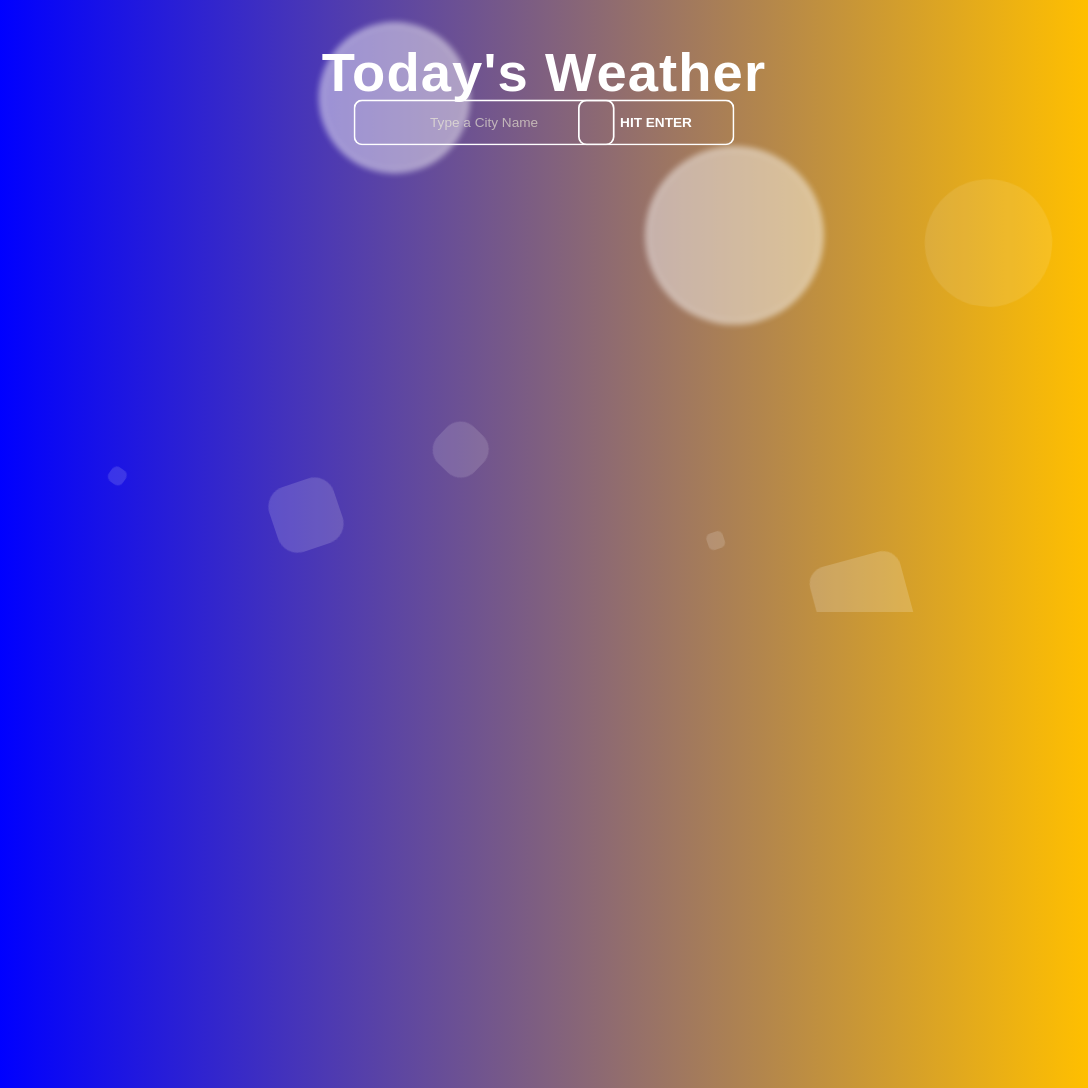
Repository: KayceeNguyen/bubleweather-app
Page: /
These files come from the project's save history. The page is drawn as it stood at one moment and after the next save; the edit follows.
The browser window is 1280 px wide. The pictures show the whole page, at 85% of full size.
The project was rebuilt for these pictures with package versions that can differ from the ones it lists, and the page was loaded fresh each time. The framework's server and built-in components were replaced by stand-ins that run in the browser. Also part of the build but not shown: next.config.js.

Above is the page before, as saved 2023-01-20 02:48:05.

### pages/index.js
import Head from 'next/head'
import Image from 'next/image'
import { Inter } from '@next/font/google'
import styles from '@/styles/Home.module.css'
import { useEffect, useState } from 'react'
import axios from 'axios'
// import { setMaxListeners } from 'events'


const inter = Inter({ subsets: ['latin'] })

export default function Home() {

  const [location, setLocation] = useState('');
  const [data, setData] = useState({});
  const [weather, setWeather] = useState('');
  const [wind, setWind] = useState('');
  const [errorMessage, setErrorMessage] = useState('');
  const [icon, setIcon] = useState('');
  const [country, setCountry] = useState('');

  var apiKey = "a26e0a15f49a8c5e5634e795262ea5cd"
  var lang = "en";
  var units = "metric";
  const url = `https://api.openweathermap.org/data/2.5/weather?q=${location}&units=${units}&appid=${apiKey}&lang=${lang}`

  // const iconApi = await fetch('http://openweathermap.org/img/w/' + iconName + '.png')
  //           this.setState({
  //               icon : iconApi.url
  //           })

  // const imageUrl = `https://api.openweathermap.org/img/weather?q=${data.weather.icon}`

  console.log(url);

  const searchLocation = (event) => {
    if(event.key === "Enter") {
      axios.get(url)
      .then((response) => {

        console.clear();
        setData(response.data)
        console.log(response.data);
        setWeather(response.data.weather);
        // setMaxListeners(response.data.main)
        setWind(response.data.wind);
        setIcon(response.data.icon);
        setCountry(response.data.country)
        setErrorMessage("")

      }).catch(err => {

        console.log(err);
        setErrorMessage("Please enter another location");
        setData({});
        setWeather();
        setIcon();
        setWind();
        setCountry();

      })

      setLocation('')
    }
  }

  //   const searchWeather = (event) => {

  //     if(event.onClick == true) {
  //       axios.get(url)
  //       .then((response) => {

  //         console.clear();
  //         setData(response.data)
  //         console.log(response.data);
  //         setWeather(response.data.weather);
  //         // setMaxListeners(response.data.main)
  //         setWind(response.data.wind);
  //         setIcon(response.data.icon);
  //         setCountry(response.data.country)
  //         setErrorMessage("")

  //       }).catch(err => {

  //         console.log(err);
  //         setErrorMessage("Please enter another location");
  //         setData({});
  //         setWeather();
  //         setIcon();
  //         setWind();
  //         setCountry();

  //       })

  //       searchWeather('')
  //   }


  // }

  return (
    <>
      <Head>
        <title>Bubble Weather App</title>
        <meta name="description" content="Generated by create next app" />
        <meta name="viewport" content="width=device-width, initial-scale=1" />
        <link rel="icon" href="/cloudy.ico" />
      </Head>

      <main className={styles.main}>

          <div className={styles.area} >
            <ul className={styles.circles}>
                    <li></li>
                    <li></li>
                    <li></li>
                    <li></li>
                    <li></li>
                    <li></li>
                    <li></li>
                    <li></li>
                    <li></li>
                    <li></li>
            </ul>
          </div >

        <h1 className={styles.header}>Today's Weather</h1>

        <div className={styles.wrapper}>
                <div className={styles.shape1}></div>
                <div className={styles.shape2}></div>

          <div className={styles.searchContainer}>
            <input id={styles.input}

              value={location}
              onChange={event => setLocation(event.target.value)}
              placeholder ="Type a City Name"
              onKeyDown={searchLocation}
              type="text"

            />

          <button className={styles.searchBtn}
            type="submit"
            onClick={setWeather}

          >HIT ENTER</button>




          </div>





        </div>

        {
          weather && data.weather?.map((w, index) => {
            return (

                <div className={styles.container} key={index}>

                  <h2 className={styles.name}>{data.name}, {data.sys.country}</h2>

                  {/* <div className={styles.iconId}>{w.icon}</div> */}

                  <img className={styles.icon}
                    src={`https://s3-us-west-2.amazonaws.com/s.cdpn.io/162656/${w.icon}.svg`}
                    // https://s3-us-west-2.amazonaws.com/s.cdpn.io/162656/${weather[0]["icon"]}.svg
                  />

                  <br/>
                  <br/>
                  <br/>

                  <div className={styles.temp}>{data.main.temp}&#176;C</div>
                  <div className={styles.feelLike}>Feel Like: {data.main.feels_like}&#176;C</div>
                  <br/>



                  <div className={styles.desc}>
                    <div>{w.description} | {w.main}</div>
                    {/* <div>{w.imgUrl}</div> */}
                  </div>

                  <br/>
                  <br/>

                  <div className={styles.tempContainer}>

                    <div className={styles.low}>
                        <h4 className={styles.tittle}>Lowest Temp</h4>
                        <h4 className={styles.tempMin}>{data.main.temp_min}&#176;C</h4>
                    </div>

                    <div className={styles.high}>
                        <h4 className={styles.tittle}>Highest Temp</h4>
                        <div className={styles.tempMax}>{data.main.temp_max}&#176;C</div>
                    </div>

                  </div>

                  <br/>
                  <br/>


                      <div className={styles.wind}>
                        <h4 className={styles.tittle}>Wind gust</h4>
                        <div className={styles.windNum}>{data.wind.gust} m/s</div>
                      </div>


                </div>


            )
          })
        }





      </main>
    </>
  )
}

### styles/Home.module.css
.main {
  display: flex;
  flex-direction: column;
  justify-content: space-between;
  align-items: center;
  padding: 6rem;
  min-height: 100vh;
  font-family: Arial, Helvetica, sans-serif;
  color: white;
}

.description {
  display: inherit;
  justify-content: inherit;
  align-items: inherit;
  font-size: 0.85rem;
  max-width: var(--max-width);
  width: 100%;
  z-index: 2;
  font-family: var(--font-mono);
}

.description a {
  display: flex;
  justify-content: center;
  align-items: center;
  gap: 0.5rem;
}

.description p {
  position: relative;
  margin: 0;
  padding: 1rem;
  background-color: rgba(var(--callout-rgb), 0.5);
  border: 1px solid rgba(var(--callout-border-rgb), 0.3);
  border-radius: var(--border-radius);
}

.code {
  font-weight: 700;
  font-family: var(--font-mono);
}

.grid {
  display: grid;
  grid-template-columns: repeat(4, minmax(25%, auto));
  width: var(--max-width);
  max-width: 100%;
}

.card {
  padding: 1rem 1.2rem;
  border-radius: var(--border-radius);
  background: rgba(var(--card-rgb), 0);
  border: 1px solid rgba(var(--card-border-rgb), 0);
  transition: background 200ms, border 200ms;
}

.card span {
  display: inline-block;
  transition: transform 200ms;
}

.card h2 {
  font-weight: 600;
  margin-bottom: 0.7rem;
}

.card p {
  margin: 0;
  opacity: 0.6;
  font-size: 0.9rem;
  line-height: 1.5;
  max-width: 30ch;
}

.center {
  display: flex;
  justify-content: center;
  align-items: center;
  position: relative;
  padding: 4rem 0;
}

.center::before {
  background: var(--secondary-glow);
  border-radius: 50%;
  width: 480px;
  height: 360px;
  margin-left: -400px;
}

.center::after {
  background: var(--primary-glow);
  width: 240px;
  height: 180px;
  z-index: -1;
}

.center::before,
.center::after {
  content: '';
  left: 50%;
  position: absolute;
  filter: blur(45px);
  transform: translateZ(0);
}

.logo,
.thirteen {
  position: relative;
}

.thirteen {
  display: flex;
  justify-content: center;
  align-items: center;
  width: 75px;
  height: 75px;
  padding: 25px 10px;
  margin-left: 16px;
  transform: translateZ(0);
  border-radius: var(--border-radius);
  overflow: hidden;
  box-shadow: 0px 2px 8px -1px #0000001a;
}

.thirteen::before,
.thirteen::after {
  content: '';
  position: absolute;
  z-index: -1;
}

/* Conic Gradient Animation */
.thirteen::before {
  animation: 6s rotate linear infinite;
  width: 200%;
  height: 200%;
  background: var(--tile-border);
}

/* Inner Square */
.thirteen::after {
  inset: 0;
  padding: 1px;
  border-radius: var(--border-radius);
  background: linear-gradient(
    to bottom right,
    rgba(var(--tile-start-rgb), 1),
    rgba(var(--tile-end-rgb), 1)
  );
  background-clip: content-box;
}

/* Enable hover only on non-touch devices */
@media (hover: hover) and (pointer: fine) {
  .card:hover {
    background: rgba(var(--card-rgb), 0.1);
    border: 1px solid rgba(var(--card-border-rgb), 0.15);
  }

  .card:hover span {
    transform: translateX(4px);
  }
}

@media (prefers-reduced-motion) {
  .thirteen::before {
    animation: none;
  }

  .card:hover span {
    transform: none;
  }
}

/* Mobile */
@media (max-width: 700px) {
  .content {
    padding: 4rem;
  }

  .grid {
    grid-template-columns: 1fr;
    margin-bottom: 120px;
    max-width: 320px;
    text-align: center;
  }

  .card {
    padding: 1rem 2.5rem;
  }

  .card h2 {
    margin-bottom: 0.5rem;
  }

  .center {
    padding: 8rem 0 6rem;
  }

  .center::before {
    transform: none;
    height: 300px;
  }

  .description {
    font-size: 0.8rem;
  }

  .description a {
    padding: 1rem;
  }

  .description p,
  .description div {
    display: flex;
    justify-content: center;
    position: fixed;
    width: 100%;
  }

  .description p {
    align-items: center;
    inset: 0 0 auto;
    padding: 2rem 1rem 1.4rem;
    border-radius: 0;
    border: none;
    border-bottom: 1px solid rgba(var(--callout-border-rgb), 0.25);
    background: linear-gradient(
      to bottom,
      rgba(var(--background-start-rgb), 1),
      rgba(var(--callout-rgb), 0.5)
    );
    background-clip: padding-box;
    backdrop-filter: blur(24px);
  }

  .description div {
    align-items: flex-end;
    pointer-events: none;
    inset: auto 0 0;
    padding: 2rem;
    height: 200px;
    background: linear-gradient(
      to bottom,
      transparent 0%,
      rgb(var(--background-end-rgb)) 40%
    );
    z-index: 1;
  }
}

/* Tablet and Smaller Desktop */
@media (min-width: 701px) and (max-width: 1120px) {
  .grid {
    grid-template-columns: repeat(2, 50%);
  }
}

@media (prefers-color-scheme: dark) {
  .vercelLogo {
    filter: invert(1);
  }

  .logo,
  .thirteen img {
    filter: invert(1) drop-shadow(0 0 0.3rem #ffffff70);
  }
}

@keyframes rotate {
  from {
    transform: rotate(360deg);
  }
  to {
    transform: rotate(0deg);
  }
}

/****************GRADIENT BACKGROUND****************/

.main {
  height: 100vw;
  background: linear-gradient(to right, #ffbf00, #00f); /* Set the initial gradient */
  background-size: 200% 100%; /* Increase the size of the gradient */
  animation: gradient 15s ease infinite; /* Animate the gradient */
}

@keyframes gradient {
  0% {
    background-position: 0% 50%; /* Set the starting position of the gradient */
  }
  50% {
    background-position: 100% 50%; /* Shift the gradient to the right */
  }
  100% {
    background-position: 0% 50%; /* Shift the gradient back to the left */
  }
}

/* Change the colors of the gradient as the cursor moves */
.main:hover {
  background: linear-gradient(to right, #00f, #ffbf00);
}

.header {
  font-weight: bold;
  font-size: 4rem;
  letter-spacing: 0.02em;
  padding: 0 0 30px 0;
  position: absolute;
  top: 3rem;
}

.wrapper {
  font-size: 16px;
  width: 100vw;
  max-width: 28em;
  position: absolute;
  transform: translate(-50%, -50%);
  top: 20%;
  left: 50%;
}

.shape, .shape1, .shape2 {
  position: absolute;
  background-color: hsl(0, 0%, 100%, 45%);
  filter: blur(4px);
  border: 2px solid hsl(0, 0%, 100%, 80%);
  border-radius: 50%;
}


.shape1 {
  height: 13em;
  width: 13em;
  right: -6.5em;
  top: 1.8em;
}

.shape2 {
  height: 11em;
  width: 11em;
  bottom: -3.7em;
  left: -2.5em;
}

.searchContainer {
  display: flex;
  align-items: center;
}

#input {
  font-size: 1em;
  font-family: Arial, Helvetica, sans-serif;
  margin: auto;
  position: absolute;
  display: inline-block;
  text-align: center;
  align-items: center;
  padding-left: 3em;
  padding-right: 3em;
  padding-top: 1em;
  padding-bottom: 1em;

  background-color: transparent;
  border: 2px solid white;
  color: white;
  font-weight: 300;
  border-radius: 10px;
}

#input::placeholder {
  color: hsl(60, 56%, 91%, 0.6);
}

.searchBtn {
  cursor: pointer;
  outline: none;
  font-family: Arial, Helvetica, sans-serif;
  right: 0px;
  position: absolute;
  display: flex;
  text-align: center;
  align-items: center;
  justify-content: center;
  display: inline-block;
  font-size: 1em;
  border: 2px solid white;;

  padding-left: 3em;
  padding-right: 3em;
  padding-top: 1em;
  padding-bottom: 1em;

  background-color: transparent;
  border: 2px solid white;
  color: white;
  font-weight: 800;
  border-radius: 10px;
}

/*** Search BTN animation ***/

.searchBtn:hover, .searchBtn:focus {
  background-color: white;
  color: gray;
}



.name {
  text-align: center;
  position: relative;
}

.container {
  position: relative;
  top: 0;


  display: flex;
  flex-direction: column;
  justify-content: space-between;
  align-items: center;
  padding: 6rem;
  margin: 10rem;

  width: 100%;
  border-radius: 1em;
  text-align: center;

  background: hsl(0, 0%, 100%, 20%);
  backdrop-filter: blur(10px);
  padding: 3em 1.8em;
  border: 4px solid rgba(255, 255, 255, 0.7);
}

/*** Container animation ***/

.container:hover,
.container:focus {
  box-shadow: 0 0.5em 0.5em -0.4em var(--hover);
  transform: translateY(-0.25em);
}

.desc {
  text-align: center;
  position: absolute;
  top: 16em;
}

.temp {
  font-size: 5em;
  padding-bottom: 2rem;
}

.tempContainer {
  display: flex;
  justify-content: center;
}

.tempContainer div {
  padding: 0.3em 1em;
}

.tempContainer div:first-child {
  border-right: 1px solid white;
}

.tempContainer .tittle {
  font-weight: 600;
  color: var(--white);
}

.tempContainer .temp {
  font-weight: 300;
  padding: 3em;
  color: var(--off-white);
}

.tempMin, .tempMax {
  font-weight: 100;
  padding: 5px;
  position: relative;
  display: inline-block;
  left: 0;

}

@media screen and (max-width: 450px) {
  .wrapper {
    font-size: 14px;
  }
}

.icon {
  margin: 40px;
  filter: brightness(0) invert(1);
  transform-origin: top center;
	animation: icon 2s ease infinite;
}

@keyframes icon {
	20% { transform: rotate(15deg); }
	40% { transform: rotate(-10deg); }
	60% { transform: rotate(5deg); }
	80% { transform: rotate(-5deg); }
	100% { transform: rotate(0deg); }
}

.tittle {
  padding: 10px;
}

.area{
  background: -webkit-linear-gradient(to left, #C8102E, #446eac);
  width: 100vw;
  height:100%;
}

.circles{
  position: absolute;
  top: 0;
  left: 0;
  width: 100%;
  height: 100%;
  overflow: hidden;
}

.circles li{
  position: absolute;
  display: block;
  list-style: none;
  width: 20px;
  height: 20px;
  background: rgba(255, 255, 255, 0.2);
  animation: animate 25s linear infinite;
  bottom: -150px;
}

.circles li:nth-child(1){
  left: 25%;
  width: 80px;
  height: 80px;
  animation-delay: 0s;
}


.circles li:nth-child(2){
  left: 10%;
  width: 20px;
  height: 20px;
  animation-delay: 2s;
  animation-duration: 12s;
}

.circles li:nth-child(3){
  left: 70%;
  width: 20px;
  height: 20px;
  animation-delay: 4s;
}

.circles li:nth-child(4){
  left: 40%;
  width: 60px;
  height: 60px;
  animation-delay: 0s;
  animation-duration: 18s;
}

.circles li:nth-child(5){
  left: 65%;
  width: 20px;
  height: 20px;
  animation-delay: 0s;
}

.circles li:nth-child(6){
  left: 75%;
  width: 110px;
  height: 110px;
  animation-delay: 3s;
}

.circles li:nth-child(7){
  left: 35%;
  width: 150px;
  height: 150px;
  animation-delay: 7s;
}

.circles li:nth-child(8){
  left: 50%;
  width: 25px;
  height: 25px;
  animation-delay: 15s;
  animation-duration: 45s;
}

.circles li:nth-child(9){
  left: 20%;
  width: 15px;
  height: 15px;
  animation-delay: 2s;
  animation-duration: 35s;
}

.circles li:nth-child(10){
  left: 85%;
  width: 150px;
  height: 150px;
  animation-delay: 0s;
  animation-duration: 11s;
}



@keyframes animate {

  0%{
      transform: translateY(0) rotate(0deg);
      opacity: 1;
      border-radius: 10%;
  }

  100%{
      transform: translateY(-1000px) rotate(720deg);
      opacity: 0;
      border-radius: 100%;
  }

}

Loaded but not shown: pages/_app.js (common file); pages/_document.js (common file); styles/globals.css (common file)

After the next save:
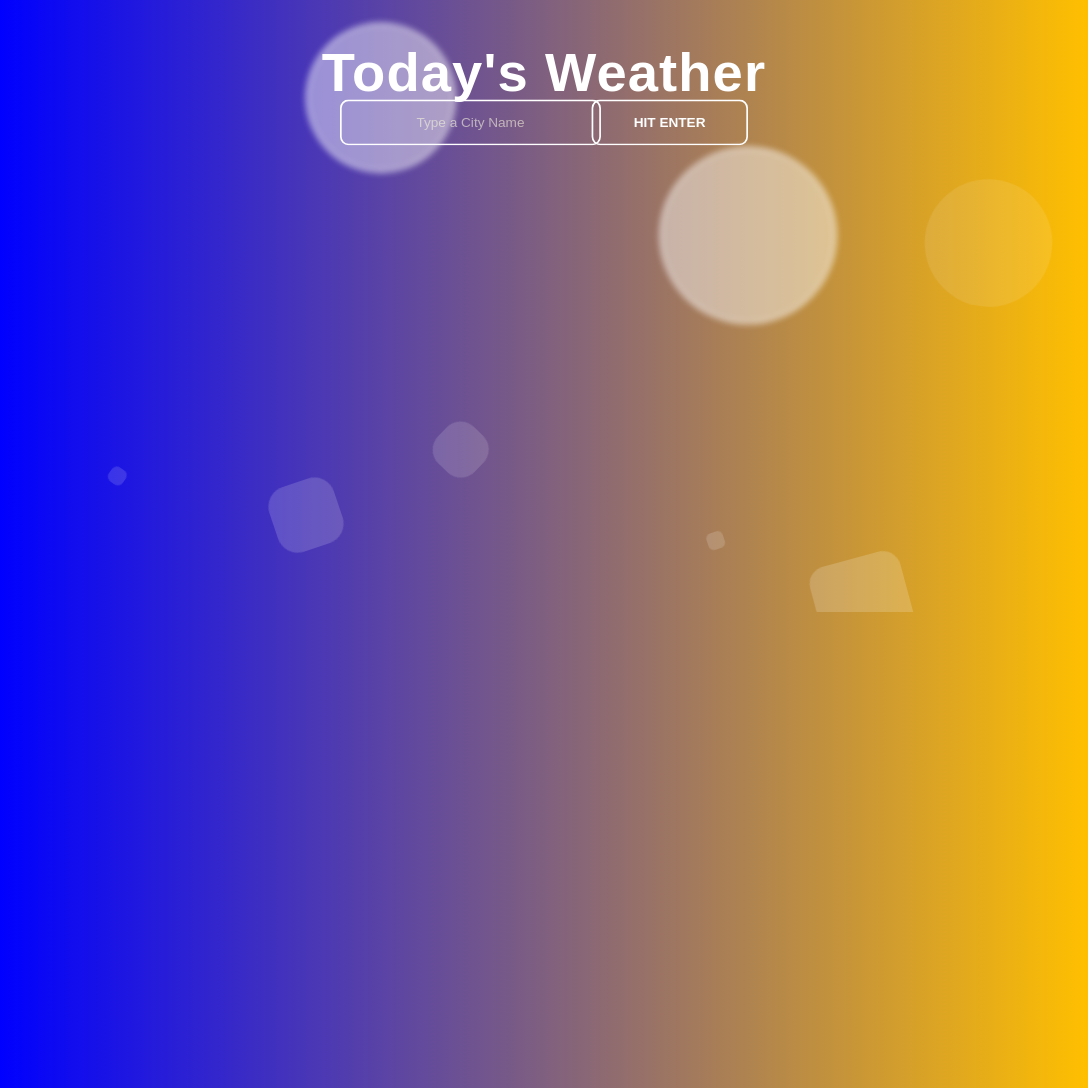
Saved 15 s later.
--- a/styles/Home.module.css
+++ b/styles/Home.module.css
@@ -317,7 +317,7 @@
 .wrapper {
   font-size: 16px;
   width: 100vw;
-  max-width: 28em;
+  max-width: 30em;
   position: absolute;
   transform: translate(-50%, -50%);
   top: 20%;
